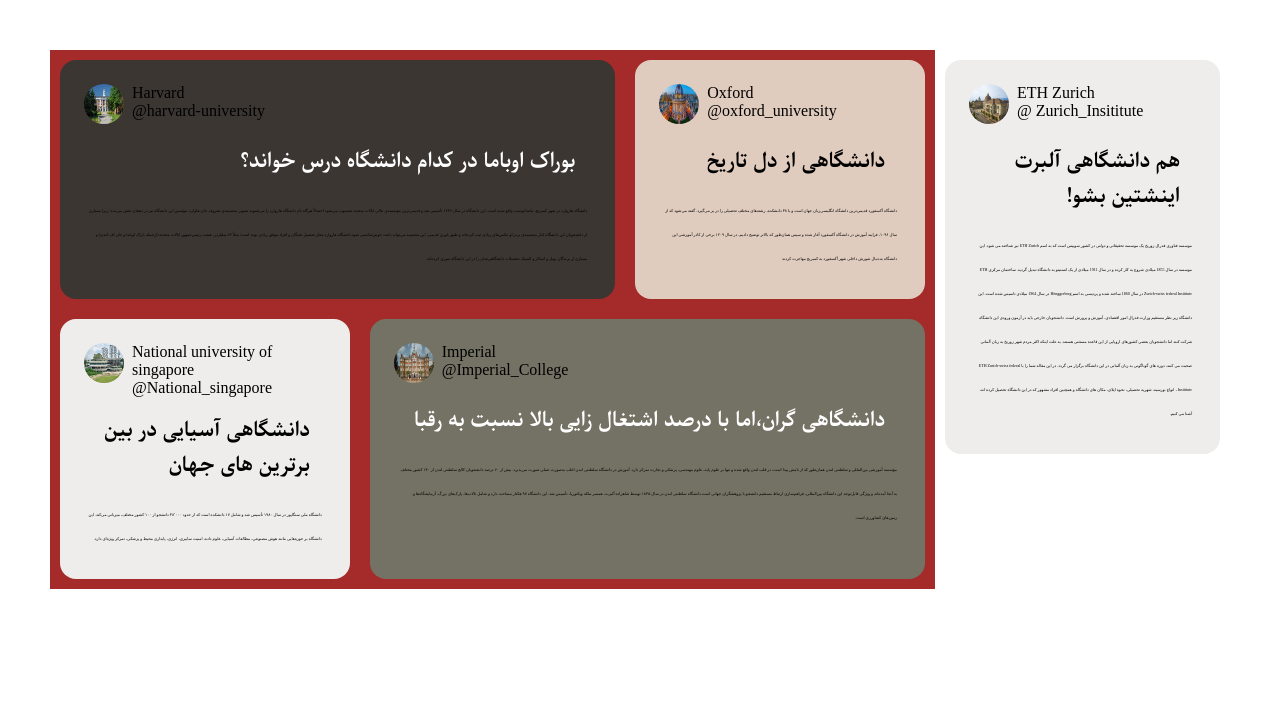
Repository: rahanwz/cards
Page: cards.html
The author's editor kept a copy of each file at every save. The page is drawn from the files as they stood at one save, then again after a run of saves.
The browser window is 1280 px wide. The pictures show the whole page.

Above is the page before, as saved 2024-02-17 15:53:30.

### cards.html
<!DOCTYPE html>
<html lang="en">
  <head>
    <meta charset="UTF-8" />
    <meta name="viewport" content="width=device-width, initial-scale=1.0" />
    <title>Document</title>
    <link rel="stylesheet" href="cards.css" />
  </head>
  <body>
    <div class="container">
      <div class="boxcard1">
        <div class="cardcontainer big-card">
          <div class="card1">
            <div class="head">
              <div class="profile">
                <div class="profilecontaner">
                  <img
                    src="harvard-university-6591e0b9df73096be8d614ee.webp"
                    alt=""
                  />
                </div>
              </div>

              <div>
                <div class="user">Harvard</div>
                <div class="id">@harvard-university</div>
              </div>
            </div>
            <div class="descrip1" style="color: #ffffff;">بوراک اوباما در کدام دانشگاه درس خواند؟</div>
            <div class="descrip2">
              دانشگاه هاروارد در شهر کمبریج، ماساچوست واقع شده است. این دانشگاه
              در سال ۱۶۳۶ تأسیس شد و قدیمی‌ترین مؤسسه‌ی عالی ایالات متحده محسوب
              می‌شود احتمالاً هرگاه نام دانشگاه هاروارد را می‌شنوید تصویر
              مجسمه‌ی معروف جان هاوارد، مؤسس این دانشگاه نیز در ذهنتان نقش
              می‌بندد؛ زیرا بسیاری از دانشجویان این دانشگاه کنار مجسمه‌ی برنز او
              عکس‌های زیادی ثبت کرده‌اند و طبق باوری قدیمی، این مجسمه می‌تواند
              باعث خوش‌شانسی شود.دانشگاه هاروارد محل تحصیل نخبگان و افراد موفق
              زیادی بوده است؛ مثلاً ۶۲ میلیاردر، هشت‌ رئیس‌جمهور ایالات متحده
              (ازجمله باراک اوباما و جان اف کندی) و بسیاری از برندگان نوبل و
              اسکار و المپیک تحصیلات دانشگاهی‌شان را در این دانشگاه سپری
              کرده‌اند.
            </div>
          </div>
        </div>

        <div class="cardcontainer small-card">
          <div class="card2">
            <div class="head">
              <div class="profile">
                <div class="profilecontaner">
                  <img
                    src="oxford-university-jpg-6591b422df73096be8d6145c.webp"
                    alt=""
                  />
                </div>
              </div>
              <div>
                <div class="user">Oxford</div>
                <div class="id">@oxford_university</div>
              </div>
            </div>
            <div class="descrip1">دانشگاهی از دل تاریخ</div>
            <div class="descrip2">
              دانشگاه آکسفورد قدیمی‌ترین دانشگاه انگلیسی‌زبان جهان است و با ۳۸
              دانشکده، رشته‌های مختلف تحصیلی را در بر می‌گیرد. گفته می‌شود که از
              سال ۱۰۹۶، فرایند آموزش در دانشگاه آکسفورد آغاز شده و سپس همان‌طور
              که بالاتر توضیح دادیم، در سال ۱۲۰۹ برخی از کادر آموزشی این دانشگاه
              به‌دنبال شورش داخلی شهر آکسفورد به کمبریج مهاجرت کردند
            </div>
          </div>
        </div>

        <div class="cardcontainer small-card">
          <div class="card3">
            <div class="head">
              <div class="profile">
                <div class="profilecontaner">
                  <img src="nus-6591f1acdf73096be8d61515.webp" alt="" />
                </div>
              </div>

              <div>
                <div class="user">National university of singapore</div>
                <div class="id">@National_singapore</div>
              </div>
            </div>
            <div class="descrip1">دانشگاهی آسیایی در بین برترین های جهان</div>
            <div class="descrip2">
              دانشگاه ملی سنگاپور در سال ۱۹۸۰ تأسیس شد و شامل ۱۷ دانشکده‌ است که
              از حدود ۳۸٬۰۰۰ دانشجو از ۱۰۰ کشور مختلف، میزبانی می‌کند. این
              دانشگاه بر حوزه‌هایی مانند هوش مصنوعی، مطالعات آسیایی، علوم داده،
              امنیت سایبری، انرژی، پایداری محیط و پزشکی، تمرکز ویژه‌ای دارد.
            </div>
          </div>
        </div>
        <div class="cardcontainer big-card">
          <div class="card4">
            <div class="head">
              <div class="profile">
                <div class="profilecontaner">
                  <img
                    src="imperial-college-london-6591e911df73096be8d614fb.webp"
                    alt=""
                  />
                </div>
              </div>

              <div>
                <div class="user">Imperial</div>
                <div class="id">@Imperial_College</div>
              </div>
            </div>
            <div class="descrip1" style="color: #ffffff;">
              دانشگاهی گران،اما با درصد اشتغال زایی بالا نسبت به رقبا
            </div>
            <div class="descrip2">
              مؤسسه آموزشی بین‌المللی و سلطنتی لندن همان‌طور که از نامش پیدا
              است، در قلب لندن واقع شده و تنها بر علوم پایه، علوم مهندسی، پزشکی
              و تجارت تمرکز دارد. آموزش در دانشگاه سلطنتی لندن اغلب به‌صورت عملی
              صورت می‌پذیرد. بیش از ۶۰ درصد دانشجویان کالج سلطنتی لندن از ۱۴۰
              کشور مختلف به آنجا آمده‌اند و ویژگی قابل‌توجه این دانشگاه
              بین‌المللی، فراهم‌سازی ارتباط مستقیم دانشجو با پژوهشگران جهانی
              است.دانشگاه سلطنتی لندن در سال ۱۸۴۵ توسط شاهزاده آلبرت، همسر ملکه
              ویکتوریا، تأسیس شد. این دانشگاه ۹۷ هکتار مساحت دارد و شامل
              تالاب‌ها، پارک‌های بزرگ، آزمایشگاه‌ها و زمین‌های کشاورزی است.
            </div>
          </div>
        </div>
      </div>
      <div class="boxcard2">
        <div class="cardcontainer">
          <div class="card5">
            <div class="head">
              <div class="profile">
                <div class="profilecontaner">
                  <img src="zurich-eth-6591f083df73096be8d6150c.webp" alt="" />
                </div>
              </div>

              <div>
                <div class="user">ETH Zurich</div>
                <div class="id">@ Zurich_Insititute</div>
              </div>
            </div>
            <div class="descrip1" ">هم دانشگاهی آلبرت اینشتین بشو!</div>
            <div class="descrip2">
              موسسه فناوری فدرال زوریخ یک موسسه تحقیقاتی و دولتی در کشور سوییس
              است که به اسم ETH Zurich نیز شناخته می شود. این موسسه در سال 1855
              میلادی شروع به کار کرده و در سال 1911 میلادی از یک انستیتو به
              دانشگاه تبدیل گردید. ساختمان مرکزی ETH Zurich-swiss federal
              Insititute در سال 1860 ساخته شده و پردیسی به اسم Hönggerberg در
              سال 1964 میلادی تاسیس شده است. این دانشگاه زیر نظر مستقیم وزارت
              فدرال امور اقتصادی، آموزش و پرورش است. دانشجویان خارجی باید در
              آزمون ورودی این دانشگاه شرکت کنند اما دانشجویان بعضی کشورهای
              اروپایی از این قاعده مستثنی هستند. به علت اینکه اکثر مردم شهر
              زوریخ به زبان آلمانی صحبت می کنند، دوره های گوناگونی به زبان
              آلمانی در این دانشگاه برگزار می گردد. در این مقاله شما را با ETH
              Zurich-swiss federal Insititute ، انواع بورسیه، شهریه تحصیلی، نحوه
              اپلای، مکان های دانشگاه و همچنین افراد مشهور که در این دانشگاه
              تحصیل کرده اند، آشنا می کنیم.
            </div>
          </div>
        </div>
      </div>
    </div>
  </body>
</html>

### cards.css
* {
  padding: 0;
  margin: 0;
  box-sizing: border-box;
}

.container {
  display: flex;
  flex-direction: column;
  width: 100%;
  height: auto;
  padding: 3rem 2.5rem;
}

.head {
  display: flex;
}

.cardcontainer {
  width: 100%;
  padding: 10px;
}

.card1 {
  background-color: #3c3633;
  padding: 1.5rem;
  border-radius: 1rem;
}
.profile img {
  width: 40px;
  height: 40px;
  margin-right: 0.5rem;
  border-radius: 50%;
}

.descrip {
  padding-top: 1.5rem;
}

.card2 {
  background-color: #e0ccbe;
  padding: 1.5rem;
  border-radius: 1rem;
}
.card3 {
  background-color: #eeedeb;
  padding: 1.5rem;
  border-radius: 1rem;
}
.card4 {
  padding: 1.5rem;
  border-radius: 1rem;
  background-color: #747264;
}

.card5 {
  background-color: #eeedeb;
  padding: 1.5rem;
  border-radius: 1rem;
}

@media (min-width: 1024px) {
  .container {
    flex-direction: row;
    padding: 50px;
    height: 100%;
  }

  .boxcard1 {
    display: flex;
    width: 75%;
    height:20%;
    flex-wrap: wrap;
    background-color: brown;
  }

  .boxcard2 {
    width: 25%;
      height: 65%;
  }

  .big-card {
    width: 65%;
  }
  .small-card {
    width: 35%;
  }
  .card1,.card2,.card3,.card4,.card5{
    height: 100%;
  }

}
.descrip1,
.descrip2 {
  direction: rtl;
}

.descrip1{
 font-size:1.25rem;
 padding: 1rem;
 font-family: titr;
}

.descrip2{
  padding: .25rem;
  font-size:.25rem;
  line-height:1.5rem;
}


@font-face{
  font-family:titr;
  src: url(font/Parastoo-Bold-FD-WOL.woff);
}

After the next 2 saves:
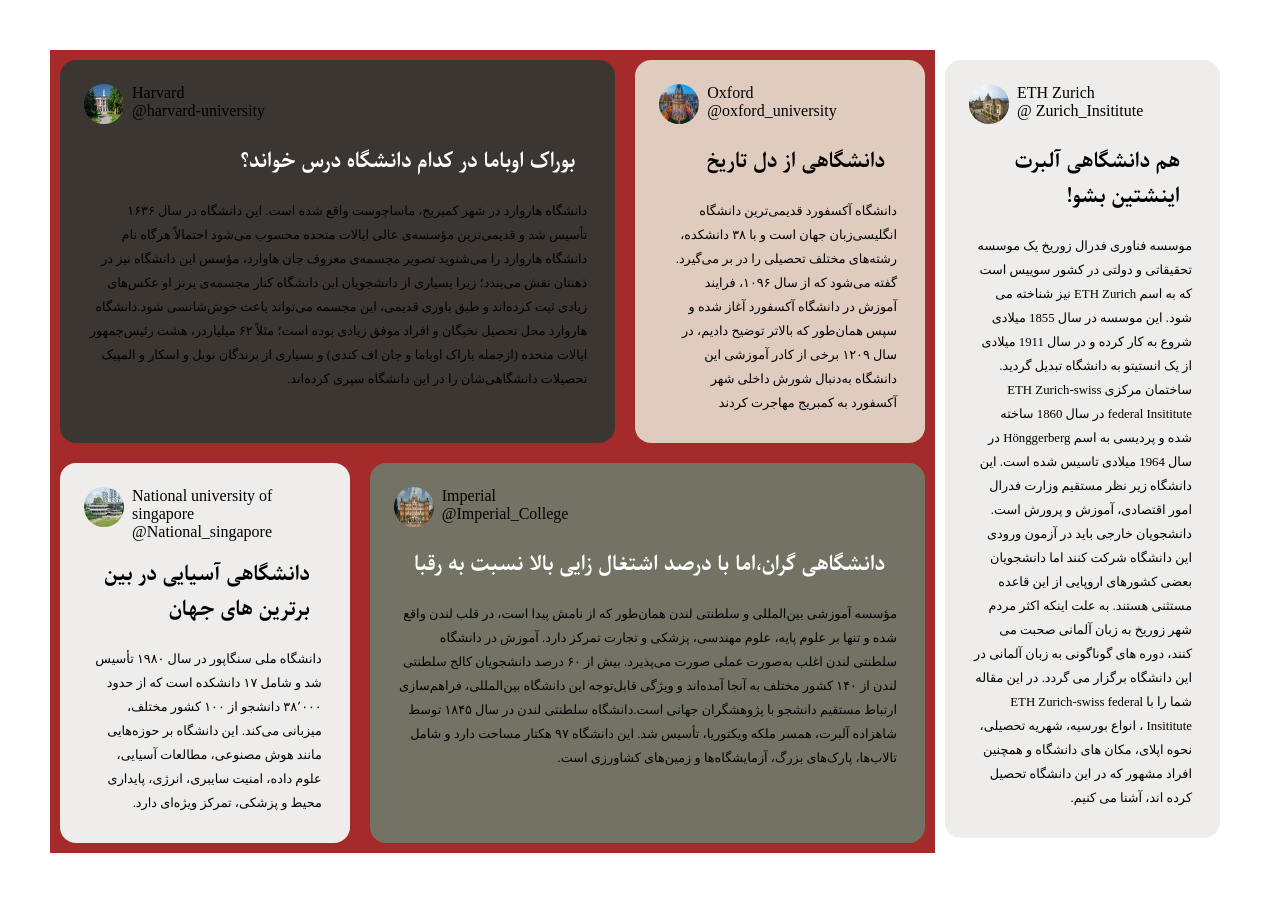
The 2 saves are shown as one change because they came seconds apart.
The last was saved 12 s later.
--- a/cards.css
+++ b/cards.css
@@ -103,7 +103,7 @@
 
 .descrip2{
   padding: .25rem;
-  font-size:.25rem;
+  font-size:.80rem;
   line-height:1.5rem;
 }
 
